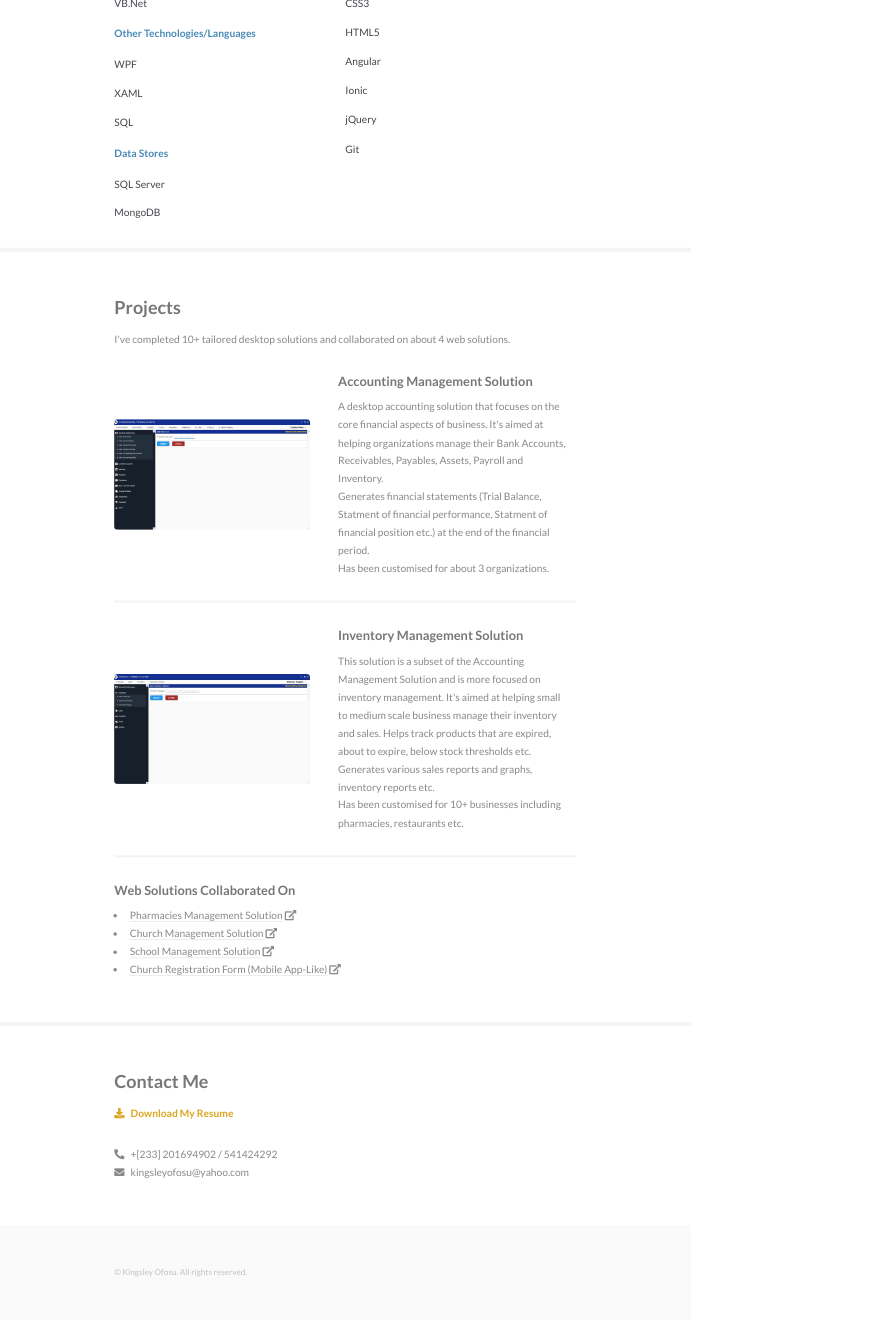
Repository: KOfosu/kingsleyofosu
Page: index.html
These files come from the project's save history. The page is drawn as it stood at one moment and after the next save; the edit follows.
The browser window is 1280 px wide. The pictures show the part of the page from y = 987 to 2907 px (the page is 2873 px tall before and 2907 px after), at 70% of full size.

Above is the page before, as saved 2020-06-08 16:13:29.

### index.html
<!DOCTYPE HTML>
<html lang="en">

<head>
	<title>Kingsley Ofosu</title>
	<meta charset="utf-8" />
	<meta name="viewport" content="width=device-width, initial-scale=1" />
	<meta name="keywords" content="Software Developer, Kingsley, Ofosu, Kingsley Ofosu" />
	<meta name="description" content="Software Developer, Kingsley, Ofosu, Kingsley Ofosu" />
	<link rel="icon" href="images/favicon.ico">
	<link rel="stylesheet" href="assets/css/main.css" />
</head>

<body class="is-preload">

	<!-- Header -->
	<section id="header">
		<header>
			<span class="image avatar"><img src="images/profile-pic.jpg" alt="" /></span>
			<h1 id="logo"><a href="#about">Kingsley Ofosu</a></h1>
			<p>Web/Desktop Developer<br /></p>
		</header>
		<nav id="nav">
			<ul>
				<li><a href="#about" class="active">About</a></li>
				<li><a href="#skills">Skills</a></li>
				<li><a href="#portfolio">Portfolio</a></li>
				<li><a href="#contact">Contact</a></li>

			</ul>
		</nav>
		<footer>
			<ul class="icons">
				<li><a target="_blank" rel="noopener" href="https://www.linkedin.com/in/kingsleyofosu/"
						class="icon brands fa-linkedin"><span class="label">LinkedIn</span></a></li>
				<li><a target="_blank" rel="noopener" href="https://github.com/KOfosu/"
						class="icon brands fa-github"><span class="label">Github</span></a></li>
				<li><a target="_blank" rel="noopener" href="https://twitter.com/kingsleyofosu_/"
						class="icon brands fa-twitter"><span class="label">Twitter</span></a></li>
				<li><a target="_blank" rel="noopener" href="mailto:kingsleyofosu@yahoo.com"
						class="icon solid fa-envelope"><span class="label">Email</span></a></li>
			</ul>
		</footer>
	</section>

	<!-- Wrapper -->
	<div id="wrapper">

		<!-- Main -->
		<div id="main">

			<!-- One -->
			<!-- ******************************** About Me -->
			<section id="about">
				<div class="image main" data-position="center">
					<img src="images/banner.jpg" alt="Profile picture" />
				</div>
				<div class="container">
					<header class="major">
						<h2>Who is Kingsley?</h2>
						<p>A results-driven Software Developer<br />
							with a passion for devising tailored solutions.</p>
					</header>
					<p>I've developed solutions for enterprise clients such as Golden Mainland
						Ghana Limited and Ghana National Fire Service Welfare Scheme,
						as well as other reputable businesses.
						I specialize in building tailored applications/solutions meeting the business needs of my
						clients.
						I've done most of my works in desktop development, database management and collaborated on a
						couple of web developments.
					</p>

				</div>
			</section>


			<!-- ******************************* Skills  -->
			<!-- Two -->
			<section id="skills">
				<div class="container">
					<h3>What I Know And Can Work With</h3>
					<div class="skills-list">
						<div class="skills-table-one">
							<table>
								<tr>
									<td class="headings">Programming Languages</td>
								</tr>
								<tr>
									<td>JavaScript</td>
									<td>
										<!-- <i class="fas fa-star"><i class="fas fa-star"><i class="fas fa-star"><i -->
										<!-- class="fas fa-star"><i class="far fa-star"> -->
									<td>
								</tr>
								<tr>
									<td>C#</td>
									<td>
										<!-- <i class="fas fa-star"><i class="fas fa-star"><i class="fas fa-star"><i -->
										<!-- class="fas fa-star"><i class="far fa-star"> -->
									<td>
								</tr>
								<tr>
									<td>VB.Net</td>
									<td>
										<!-- <i class="fas fa-star"><i class="fas fa-star"><i class="fas fa-star"><i -->
										<!-- class="fas fa-star"><i class="far fa-star"> -->
									<td>
								</tr>

								<tr>
									<td class="headings">Other Technologies/Languages</td>
								</tr>
								<tr>
									<td>WPF</td>
									<td>
										<!-- <i class="fas fa-star"><i class="fas fa-star"><i class="fas fa-star"><i -->
										<!-- class="fas fa-star"><i class="fas fa-star"> -->
									<td>
								</tr>
								<tr>
									<td>XAML</td>
									<td>
										<!-- <i class="fas fa-star"><i class="fas fa-star"><i class="fas fa-star"><i -->
										<!-- class="fas fa-star"><i class="far fa-star"> -->
									<td>
								</tr>
								<tr>
									<td>SQL</td>
									<td>
										<!-- <i class="fas fa-star"><i class="fas fa-star"><i class="fas fa-star"><i -->
										<!-- class="fas fa-star"><i class="far fa-star"> -->
									<td>
								</tr>
								<tr>
									<td class="headings">Data Stores</td>
								</tr>
								<tr>
									<td>SQL Server</td>
									<td>
										<!-- <i class="fas fa-star"><i class="fas fa-star"><i class="fas fa-star"><i -->
										<!-- class="fas fa-star"><i class="far fa-star"> -->
									<td>
								</tr>
								<tr>
									<td>MongoDB</td>
									<td>
										<!-- <i class="fas fa-star"><i class="fas fa-star"><i class="fas fa-star"><i -->
										<!-- class="fas fa-star"><i class="far fa-star"> -->
									<td>
								</tr>
							</table>
						</div>

						<div class="skills-table-two">
							<table>
								<tr>
									<td class="headings">Web Technologies/Tools</td>
								</tr>

								<tr>
									<td>Node.js</td>
									<td>
										<!-- <i class="fas fa-star"><i class="fas fa-star"><i class="fas fa-star"><i -->
										<!-- class="fas fa-star"><i class="far fa-star"> -->
									<td>
								</tr>
								<tr>
									<td>Express.js</td>
									<td>
										<!-- <i class="fas fa-star"><i class="fas fa-star"><i class="fas fa-star"><i -->
										<!-- class="fas fa-star"><i class="far fa-star"> -->
									<td>
								</tr>
								<tr>
									<td>CSS3</td>
									<td>
										<!-- <i class="fas fa-star"><i class="fas fa-star"><i class="fas fa-star"><i -->
										<!-- class="far fa-star"><i class="far fa-star"> -->
									<td>
								</tr>
								<tr>
									<td>HTML5</td>
									<td>
										<!-- <i class="fas fa-star"><i class="fas fa-star"><i class="fas fa-star"><i -->
										<!-- class="fas fa-star"><i class="far fa-star"> -->
									<td>
								</tr>
								<tr>
									<td>Angular</td>
									<td>
										<!-- <i class="fas fa-star"><i class="fas fa-star"><i class="fas fa-star"><i -->
										<!-- class="far fa-star"><i class="far fa-star"> -->
									<td>
								</tr>
								<!-- <tr>
									<td>React</td>
									<td><i class="fas fa-star"><i class="fas fa-star"><i class="far fa-star"><i class="far fa-star"><i class="far fa-star"><td>
								</tr> -->
								<tr>
									<td>Ionic</td>
									<td>
										<!-- <i class="fas fa-star"><i class="fas fa-star"><i class="fas fa-star"><i -->
										<!-- class="far fa-star"><i class="far fa-star"> -->
									<td>
								</tr>
								<tr>
									<td>jQuery</td>
									<td>
										<!-- <i class="fas fa-star"><i class="fas fa-star"><i class="fas fa-star"><i -->
										<!-- class="far fa-star"><i class="far fa-star"> -->
									<td>
								</tr>
								<tr>
									<td>Git</td>
									<td>
										<!-- <i class="fas fa-star"><i class="fas fa-star"><i class="fas fa-star"><i -->
										<!-- class="fas fa-star"><i class="far fa-star"> -->
									<td>
								</tr>
							</table>
						</div>
					</div>
				</div>
			</section>

			<!-- ***************************** Projects -->
			<!-- Three -->
			<section id="portfolio">
				<div class="container">
					<h3>Projects</h3>
					<p>I've completed 10+ tailored desktop solutions and collaborated on about 4 web solutions.</p>
					<div class="features">
						<article>
							<a href="images/thinkaccounting.JPG" target="_blank" rel="noopener" class="image"><img
									src="images/thinkaccounting.JPG" alt="Image of Accounting System Interface" /></a>
							<div class="inner">
								<h4>Accounting Management Solution</h4>
								<p>A desktop accounting solution that focuses on the core financial aspects of business.
									It's aimed at helping organizations manage their Bank Accounts, Receivables,
									Payables, Assets, Payroll and Inventory. <br>
									Generates financial statements (Trial Balance, Statment of financial performance,
									Statment of financial position etc.)
									at the end of the financial period. <br>
									Has been customised for about 3 organizations.
								</p>
							</div>
						</article>
						<article>
							<a href="images/thinksales.JPG" target="_blank" rel="noopener" class="image"><img
									src="images/thinksales.JPG" alt="Image of inventory System Interface" /></a>
							<div class="inner">
								<h4>Inventory Management Solution</h4>
								<p>This solution is a subset of the Accounting Management Solution and is more focused
									on inventory management.
									It's aimed at helping small to medium scale business manage their inventory and
									sales.
									Helps track products that are expired, about to expire, below stock thresholds etc.
									<br>
									Generates various sales reports and graphs, inventory reports etc. <br>
									Has been customised for 10+ businesses including pharmacies, restaurants etc.
								</p>
							</div>
						</article>
						<article>
							<div class="inner web">
								<h4>Web Solutions Collaborated On</h4>
								<ul>
									<li><a target="_blank" rel="noopener"
											href="https://www.medrxapp.thinkwell.app">Pharmacies
											Management Solution</a> <span
											class="icon solid fa-external-link-alt"></span></li>
									<li><a target="_blank" rel="noopener"
											href="https://www.thinkchurch.thinkwell.app">Church
											Management Solution </a><span
											class="icon solid fa-external-link-alt"></span></li>
									<li><a target="_blank" rel="noopener" href="https://www.adesua.thinkwell.app">School
											Management
											Solution</a> <span class="icon solid fa-external-link-alt"></span></li>
									<li><a target="_blank" rel="noopener"
											href="https://kingdomadvanceoutreach.herokuapp.com/">Church Registration
											Form (Mobile App-Like)</a> <span
											class="icon solid fa-external-link-alt"></span></li>
								</ul>
							</div>
						</article>
					</div>
				</div>
			</section>
			<!-- ***************************** Contact -->
			<!-- Four -->
			<section id="contact">
				<div class="container">
					<h3>Contact Me</h3>
					<p><a href="./assets/resume.pdf" target="_blank" rel="noopener"
							class="icon solid fa-download download" download><span> &nbsp; Download My Resume</span></a>
					</p>
					<p><span class="icon solid fa-phone-alt"> &nbsp; +[233] 201694902 / 541424292 </span><br>
						<span class="icon solid fa-envelope"> &nbsp; kingsleyofosu@yahoo.com </span>
					</p>
				</div>
			</section>
		</div>

		<!-- Footer -->
		<section id="footer">
			<div class="container">
				<ul class="copyright">
					<li>&copy; Kingsley Ofosu. All rights reserved.</li>
				</ul>
			</div>
		</section>

	</div>

	<!-- Scripts -->
	<script src="assets/js/jquery.min.js"></script>
	<script src="assets/js/jquery.scrollex.min.js"></script>
	<script src="assets/js/jquery.scrolly.min.js"></script>
	<script src="assets/js/browser.min.js"></script>
	<script src="assets/js/breakpoints.min.js"></script>
	<script src="assets/js/util.js"></script>
	<script src="assets/js/main.js"></script>
</body>

</html>

Loaded but not shown: assets/css/fontawesome-all.min.css (library); assets/js/jquery.min.js (library); assets/js/jquery.scrollex.min.js (common file); assets/js/jquery.scrolly.min.js (common file); assets/js/browser.min.js (common file); assets/js/breakpoints.min.js (common file); assets/js/util.js (587 lines, source omitted); assets/js/main.js (159 lines, source omitted); assets/css/main.css (3580 lines, source omitted)

After the next save:
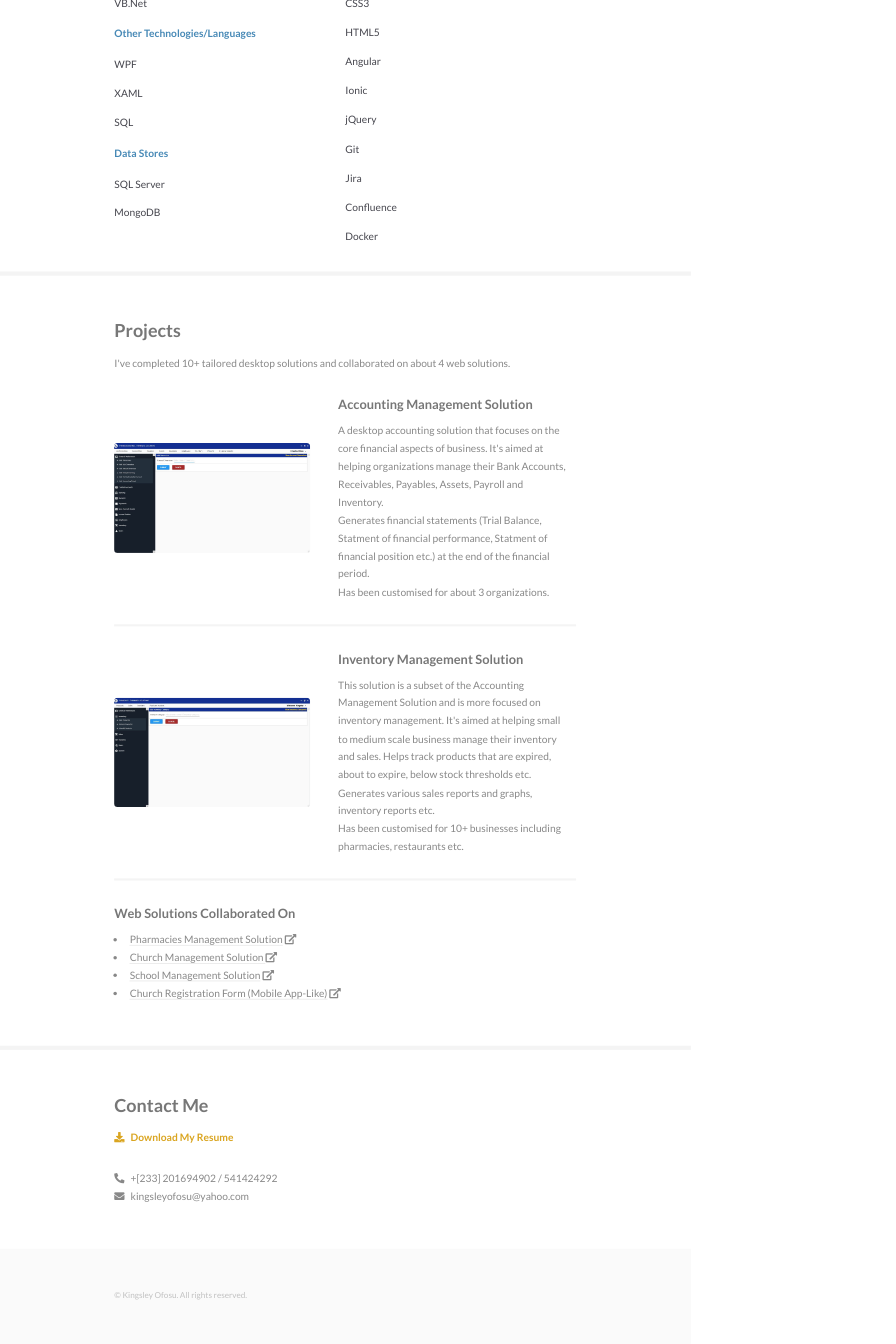
Saved 112 s later.
--- a/index.html
+++ b/index.html
@@ -212,6 +212,27 @@
 								</tr>
 								<tr>
 									<td>Git</td>
+									<td>
+										<!-- <i class="fas fa-star"><i class="fas fa-star"><i class="fas fa-star"><i -->
+										<!-- class="fas fa-star"><i class="far fa-star"> -->
+									<td>
+								</tr>
+								<tr>
+									<td>Jira</td>
+									<td>
+										<!-- <i class="fas fa-star"><i class="fas fa-star"><i class="fas fa-star"><i -->
+										<!-- class="fas fa-star"><i class="far fa-star"> -->
+									<td>
+								</tr>
+								<tr>
+									<td>Confluence</td>
+									<td>
+										<!-- <i class="fas fa-star"><i class="fas fa-star"><i class="fas fa-star"><i -->
+										<!-- class="fas fa-star"><i class="far fa-star"> -->
+									<td>
+								</tr>
+								<tr>
+									<td>Docker</td>
 									<td>
 										<!-- <i class="fas fa-star"><i class="fas fa-star"><i class="fas fa-star"><i -->
 										<!-- class="fas fa-star"><i class="far fa-star"> -->
